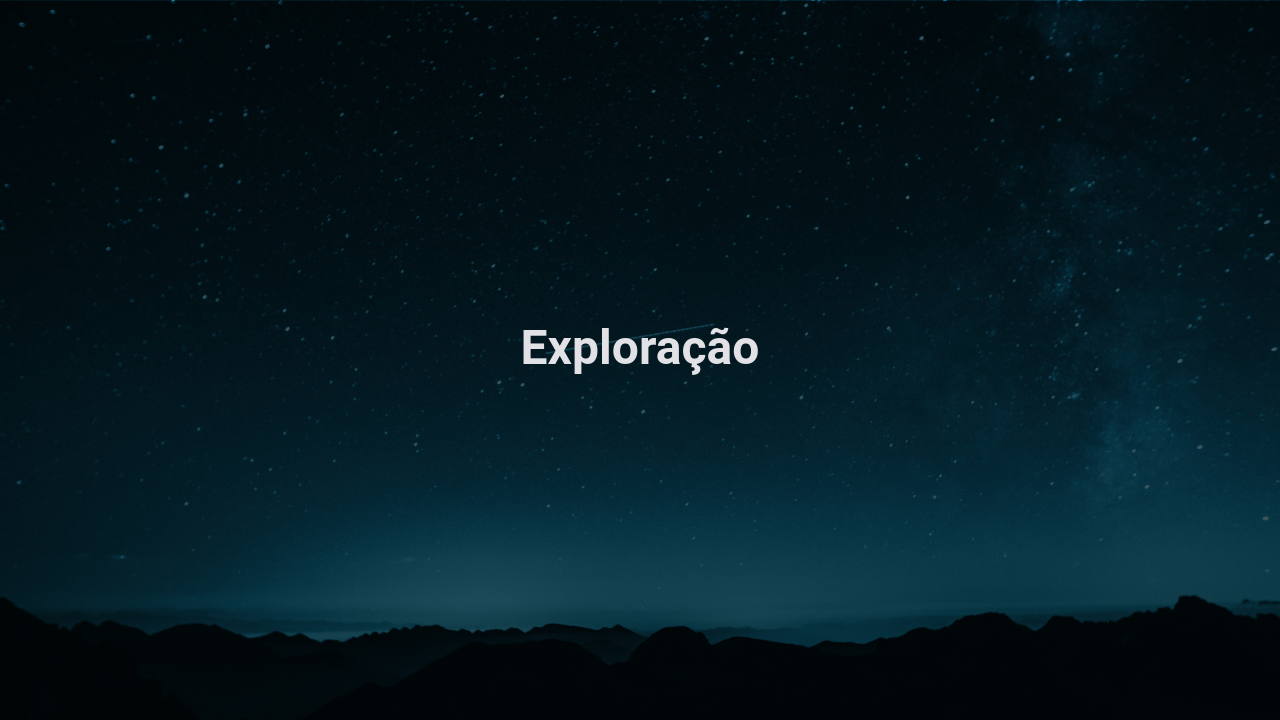
Repository: eltonneiferson/spaUniverse
Page: exploration.html
An editor plug-in stored every save of this project. The page is shown before and after a run of saves, followed by the edit.
The browser window is 1280 px wide. The pictures show the whole page.

Above is the page before, as saved 2022-10-26 23:05:10.

### exploration.html
<head>
    <link rel="stylesheet" href="index.css">
</head>

<main>
    <h1>Exploração</h1>
    <p></p>
</main>

### index.css
* {
    margin: 0;
    padding: 0;
    box-sizing: border-box;
    text-decoration: none;
}

:root {
    --default-font-color: white;
    --font-color-link: #C4C4CC;
    --font-color-h1: #E1E1E6;
    --font-color-hover-button: #02799D;
    --default-font: 'Roboto', sans-serif;
}

body {
    min-height: 100vh;
    background-image: url(bkg1.png);
    background-position: bottom;
    background-size: cover;
    color: var(--default-font-color);
    font-family: var(--default-font);
    display: grid;
    place-content: center;
}

nav {
    padding: 40px 72px;
    display: flex;
    gap: 2rem;
    align-items: center;
    position: fixed;
}

nav a {
    color: var(--font-color-link);
    line-height: 1.37rem;
    font-size: 1.41rem;
}

nav a:hover {
    color: var(--default-font-color);
    font-weight: bold;
}

main {
    display: grid;
    gap: 24px;
    place-items: center;
}

main h1 {
    color: var(--font-color-h1);
    font-size: 48px;
    line-height: 125%;
}

main button {
    cursor: pointer;
    background: none;
    border: 2px solid var(--default-font-color);
    border-radius: 5px;
    padding: 12px 32px;
    color: var(--default-font-color);
    font-family: 'Roboto';
    font-weight: 700;
    font-size: 14px;
    line-height: 24px;
}

main button:hover {
    background: var(--default-font-color);
    color: var(--font-color-hover-button);
}

/*Estilização universe.html*/

main#universe {
    width: 100vw;
    background-image: url(bkg2.png);
    background-size: cover;
    background-position: bottom;
    min-height: 100vh;
    padding-left: 72px;
    display: flex;
    flex-direction: column;
    align-items: flex-start;
    justify-content: center;
}

main#universe p {
    width: 648px;
    font-weight: 400;
    font-size: 18px;
    line-height: 160%;
}

After the next 4 saves:
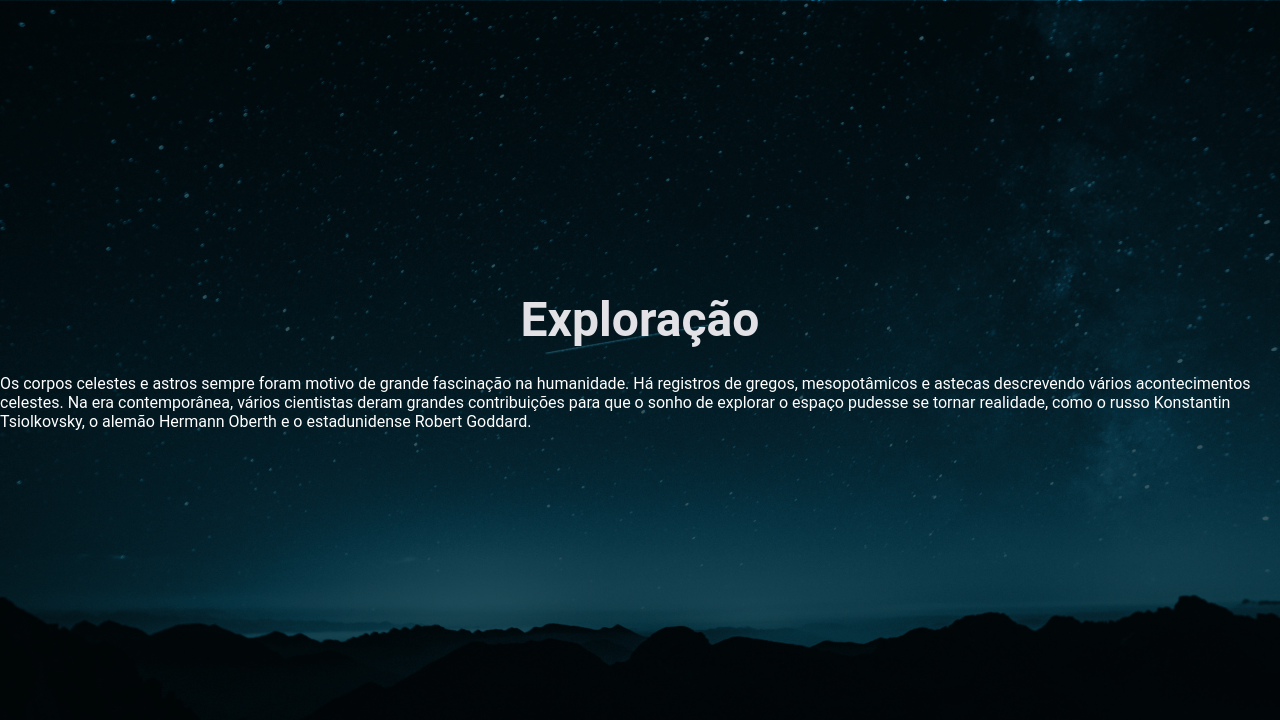
The 4 saves are shown as one change because they came seconds apart.
The last was saved 13 s later.
--- a/exploration.html
+++ b/exploration.html
@@ -4,5 +4,5 @@
 
 <main>
     <h1>Exploração</h1>
-    <p></p>
+    <p>Os corpos celestes e astros sempre foram motivo de grande fascinação na humanidade. Há registros de gregos, mesopotâmicos e astecas descrevendo vários acontecimentos celestes. Na era contemporânea, vários cientistas deram grandes contribuições para que o sonho de explorar o espaço pudesse se tornar realidade, como o russo Konstantin Tsiolkovsky, o alemão Hermann Oberth e o estadunidense Robert Goddard.</p>
 </main>
